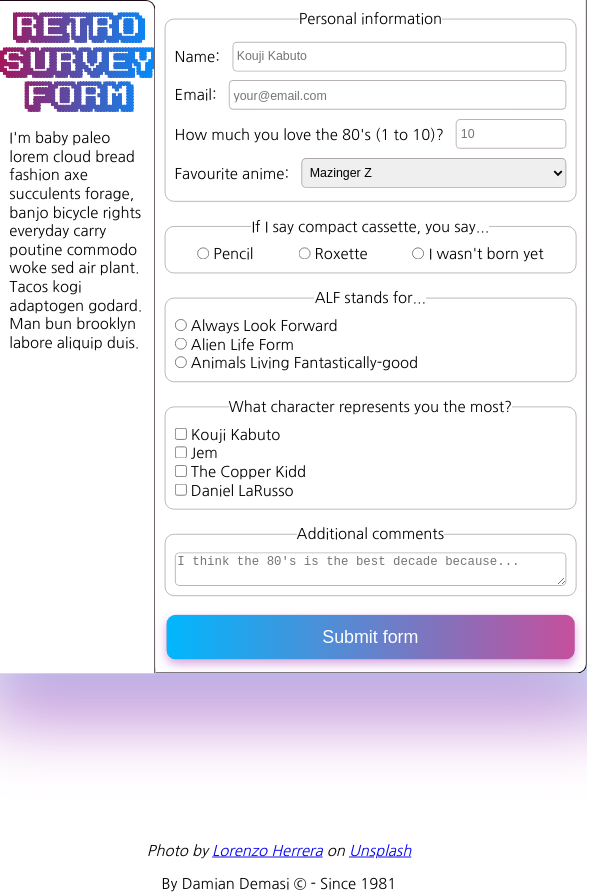
Repository: Colo-Codes/freecodecamp-02-Build-a-Survey-Form
Page: index.html
An editor plug-in stored every save of this project. The page is shown before and after the next save, followed by the edit.
The browser window is 600 px wide. The page is 633 px wide, then 600 px, so the pictures cover 633 px, including what lies to the right of the window. The pictures show the whole page, at 93% of full size.

Above is the page before, as saved 2021-05-19 09:10:01.

### index.html
<!DOCTYPE html>
<html lang="en">

<head>
    <meta charset="UTF-8">
    <meta http-equiv="X-UA-Compatible" content="IE=edge">
    <meta name="viewport" content="width=device-width, initial-scale=1.0">
    <link rel="stylesheet" href="./resources/css/index.css" type="text/css">
    <link rel="preconnect" href="https://fonts.gstatic.com">
    <link href="https://fonts.googleapis.com/css2?family=Nanum+Gothic:wght@400;800&display=swap" rel="stylesheet">
    <title>Retro Survey Form</title>
</head>

<body>
    <main id="grid-container">
        <header>
            <h1 id="title">Retro Survey Form</h1>
            <p id="description">I'm baby paleo lorem cloud bread fashion axe succulents forage, banjo bicycle rights
                everyday carry poutine commodo woke sed air plant. Tacos kogi adaptogen godard. Man bun brooklyn labore
                aliquip duis.</p>
        </header>
        <section>
            <form action="#" id="survey-form" method="POST">
                <fieldset id="personal-info">
                    <legend>Personal information</legend>
                    <label for="name" id="name-label">
                        Name: <input type="text" id="name" placeholder="Kouji Kabuto" required>
                    </label>
                    <label for="email" id="email-label">
                        Email: <input type="email" id="email" placeholder="your@email.com" required> <!-- validate -->
                    </label>
                    <label for="number" id="number-label">
                        How much you love the 80's (1 to 10)? <input type="number" id="number" placeholder="10" min="1"
                            max="10" required>
                    </label>
                    <label for="dropdown"> Favourite anime:
                        <select name="favourite" id="dropdown">
                            <option value="mazinger-z">Mazinger Z</option>
                            <option value="macross-robotech">Macross (Robotech)</option>
                            <option value="crusher-joe">Crusher Joe</option>
                            <option value="momo">Magical Princess Minky Momo</option>
                            <option value="gundam">Mobile Suit Zeta Gundam</option>
                            <option value="dragon-ball">Dragon Ball</option>
                            <option value="galactic-heroes">Legend of the Galactic Heroes</option>
                        </select>
                    </label>
                </fieldset>

                <fieldset id="cassette">
                    <legend>If I say compact cassette, you say...</legend>
                    <label for="pencil">
                        <input type="radio" name="cassette-match" value="pencil" id="pencil"> Pencil
                    </label>
                    <label for="roxette">
                        <input type="radio" name="cassette-match" value="roxette" id="roxette"> Roxette
                    </label>
                    <label for="not-born">
                        <input type="radio" name="cassette-match" value="not-born" id="not-born"> I wasn't born yet
                    </label>
                </fieldset>
                <fieldset id="alf">
                    <legend>ALF stands for...</legend>
                    <label for="always">
                        <input type="radio" name="alf" value="always" id="always"> Always Look Forward
                    </label>
                    <label for="alien">
                        <input type="radio" name="alf" value="alien" id="alien"> Alien Life Form
                    </label>
                    <label for="animals">
                        <input type="radio" name="alf" value="animals" id="animals"> Animals Living Fantastically-good
                    </label>
                </fieldset>
                <fieldset id="character">
                    <legend>What character represents you the most?</legend>
                    <label for="koji">
                        <input type="checkbox" name="character" value="koji" id="koji"> Kouji Kabuto
                    </label>
                    <label for="jem">
                        <input type="checkbox" name="character" value="jem" id="jem"> Jem
                    </label>
                    <label for="copper">
                        <input type="checkbox" name="character" value="copper" id="copper"> The Copper Kidd
                    </label>
                    <label for="larusso">
                        <input type="checkbox" name="character" value="larusso" id="larusso"> Daniel LaRusso
                    </label>
                </fieldset>
                <fieldset id="additional-comments">
                    <legend>Additional comments</legend>
                    <textarea name="additional-comments" id="textarea" cols="50" placeholder="I think the 80's is the best decade because..."></textarea>
                </fieldset>
                <div id="submit">
                    <input type="submit" value="Submit form">
                </div>
            </form>
        </section>
        <div id="main-image" role="img" aria-label="Retro computers and devices from the 80's under a blue and violet light"></div>
    </main>
    <div id="glow-1"></div>
    <div id="glow-2"></div>
    <footer>
        <p>Photo by <a href="https://unsplash.com/@lorenzoherrera?utm_source=unsplash&utm_medium=referral&utm_content=creditCopyText" target="_blank">Lorenzo Herrera</a> on <a href="https://unsplash.com/?utm_source=unsplash&utm_medium=referral&utm_content=creditCopyText" target="_blank">Unsplash</a></p>
        <p>By Damian Demasi &copy; - Since 1981</p>
    </footer>
</body>

</html>

### resources/css/index.css
@font-face {
    font-family: 'Karmatic Arcade';
    src: url("../fonts/ka1.ttf");
    font-weight: normal;
    font-style: normal;
}
/* Initial reset */
html {
    box-sizing: border-box;
    font-size: 16px;
}
*, *:before, *:after {
    box-sizing: inherit;
    margin: 0;
    padding: 0;
    /*outline: 1px dashed blue; /* Debugging purposes */
}
/* Grid */
@media screen and (max-width: 750px) {
    #grid-container {
        display: flex;
        flex-direction: column;
        width: 100%;
    }
}
@media screen and (min-width: 750px) {
    #grid-container {
        display: grid;
        width: 700px;
        height: 600px;
        margin: 2rem auto 50px auto;

    }
}
@media screen and (min-width: 1100px) {
    #grid-container {
        display: grid;
        width: 1000px;
        height: 900px;
        margin: 5rem auto 50px auto;
    }
}
#grid-container {
    flex-direction: row;
    border-radius: 10px;
    /* border: 1px solid red; */
    grid-template: 1fr 1fr / 1fr 1fr;
    box-shadow: 0px -5px 70px 10px rgba(181, 83, 196, .3);

}
#main-image {
    background-image: url(../img/lorenzo-herrera-p0j-mE6mGo4-unsplash.jpg);
    background-repeat: no-repeat;
    background-position: 45%;
    background-size: cover;
    order: -1;
    grid-area: 1 / 1 / 3 / 2; /* the whole left column */
    border-radius: 10px 0 0 10px;
}
header {
    background-color: white;
    grid-area: 1 / 2 / 2 / 3; /* top right */
    border-radius: 0 10px 0 0;
    border-top: 1px solid rgb(26, 6, 18);
    border-right: 1px solid rgb(26, 6, 18);
}
section {
    background-color: white;
    grid-area: 2 / 2 / 3 / 3; /* top right */
    border-radius: 0 0 10px 0;
    border-bottom: 1px solid rgb(10, 1, 4);
    border-right: 1px solid rgb(10, 1, 4);
}
/* Form */
form {
    margin: 10px;
    font-family: 'Nanum Gothic', sans-serif;
}
h1 {
    margin-top: 10px;
    font-family: "Karmatic Arcade", sans-serif;
    text-align: center;
    background: linear-gradient(90deg, #A4155B, #028CFD);
    -webkit-background-clip: text;
    -webkit-text-fill-color: transparent;
}
header p {
    padding: 1em 10px 1em 10px;
    font-family: 'Nanum Gothic', sans-serif;
}
fieldset {
    padding: 10px;
    border: 1px solid rgba(26, 6, 18, .3);
    border-radius: 10px;
    margin-bottom: 1rem;;
}
legend {
    text-align: center;
}
#personal-info {
    display: flex;
    flex-direction: column;
    align-items: stretch;
}
#personal-info label {
    display: flex;
    margin: .3rem 0;
    align-items: center;
}
#personal-info input, #personal-info select {
    flex: 1 1 auto;
    margin-left: 1em;
    padding: 2px 4px;
    height: 2rem;
    border: 1px solid rgba(26, 6, 18, .3);
    border-radius: 5px;
}
#cassette {
    display: flex;
    flex-direction: row;
    flex-direction: row;
    justify-content: space-around;
}
#alf {
    display: flex;
    flex-direction: row;
    flex-flow: column;
    justify-content: space-around;
}
#character {
    display: flex;
    flex-direction: row;
    flex-flow: column;
    justify-content: space-around;
}
#additional-comments {
    display: flex;
}
#additional-comments textarea {
    flex: 1 1 auto;
    padding: 2px;
    max-width: 100%;
    border: 1px solid rgba(26, 6, 18, .3);
    border-radius: 5px;
    resize:vertical; /* will prevent resizing horizontally */
}
#submit {
    display: flex;
}
input[type=submit] {
    flex: 1 1 auto;
    background-color: #832D7C; /* fallback */
    background-image: linear-gradient(90deg, #00B7FD, #C54F9C);
    border: none;
    border-radius: 10px;
    color: white;
    padding: .8rem;
    margin: 4px 2px;
    font-size: 1.2rem;
    cursor: pointer;
    box-shadow: 0 5px 10px rgba(181, 83, 196, .5);
    height: 3rem;
}
input[type=submit]:hover {
    box-shadow: 0 2px 5px rgba(181, 83, 196, 1);
    transition: all .3s;
    font-size: 1rem;
    padding: 1rem;
    height: 3rem;

}
/* Glow */
#glow-1 {
    width: 850px; /* TODO media query */
    margin: -60px auto;
    box-shadow: 0px 40px 80px 10px #0ff;
}
#glow-2 {
    width: 650px; /* TODO media query */
    margin: -60px auto;
    box-shadow: 0px 80px 80px 20px rgb(181, 83, 196);
}
/* Footer */
footer {
    display: flex;
    margin-top: 15rem;
    flex-direction: column;
    justify-content: center;
    font-family: 'Nanum Gothic', sans-serif;
}
footer * {
    margin: 0 auto;
}
footer p:first-child {
    font-style: italic;
    margin-bottom: 1em;
}

After the next save:
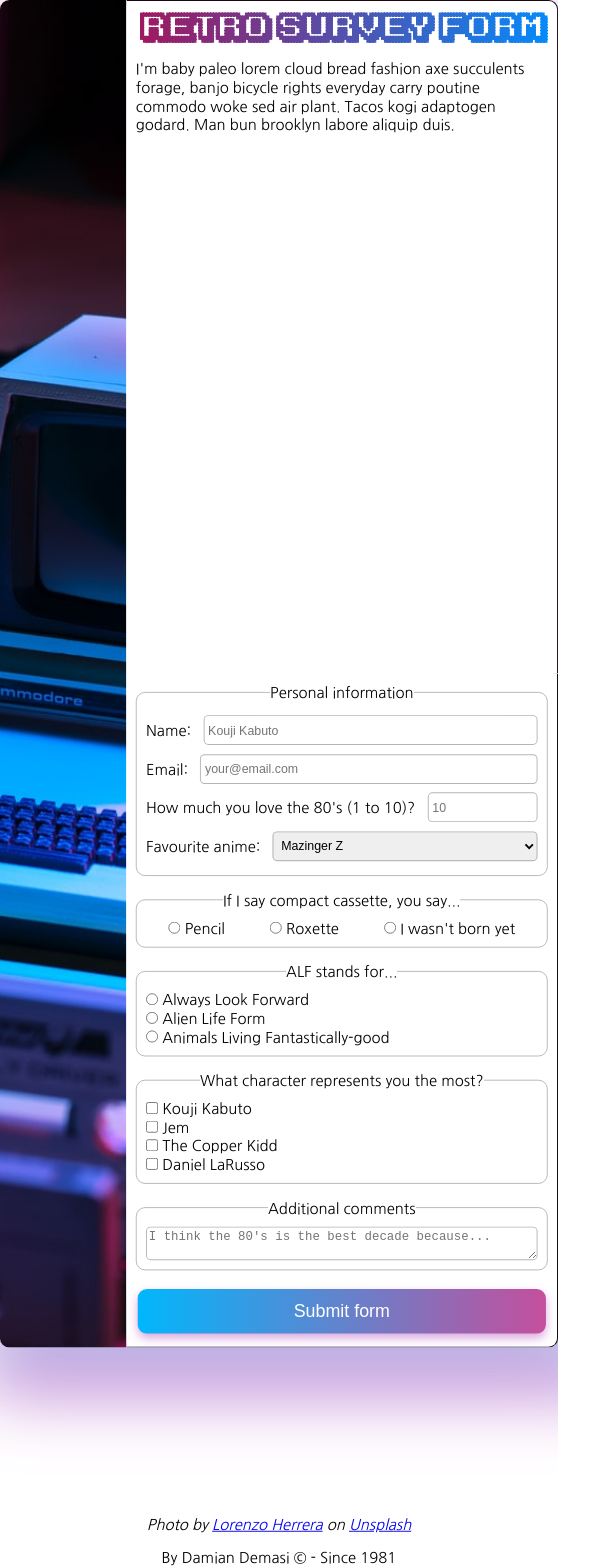
Saved 28 s later.
--- a/resources/css/index.css
+++ b/resources/css/index.css
@@ -18,8 +18,8 @@ html {
 /* Grid */
 @media screen and (max-width: 750px) {
     #grid-container {
-        display: flex;
-        flex-direction: column;
+        display: grid;
+
         width: 100%;
     }
 }
